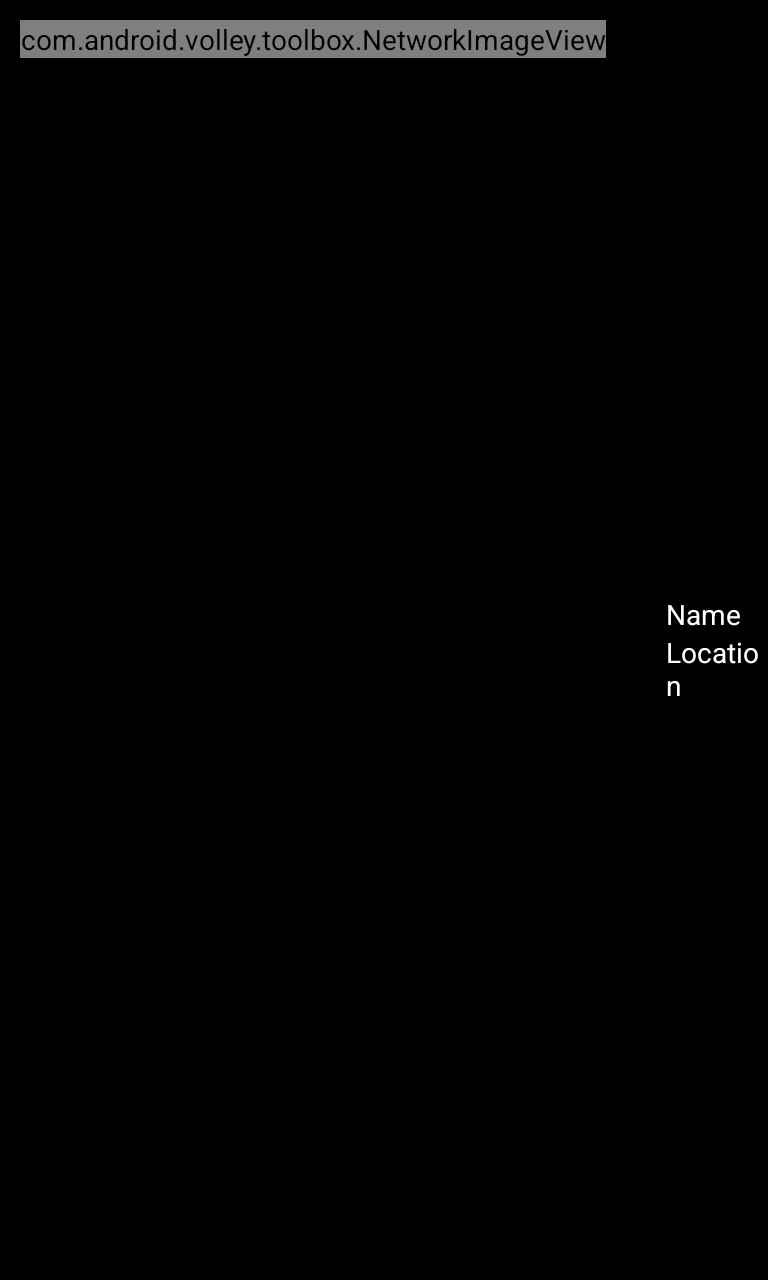
Repository: cnevinc/togather
Layout: GeorgeMe/res/layout/list_item_user.xml
These files come from the project's save history. The layout is drawn as it stood at one moment and after the next save; the edit follows.
Pictures or frames that could not be fetched are drawn as grey boxes. It is drawn on a 768 x 1280 px phone screen (xhdpi) without system bars, with theme android:Theme.Holo; the app's code is not run.

Above is the layout before, as saved 2014-07-26 14:56:36.

### GeorgeMe/res/layout/list_item_user.xml
<?xml version="1.0" encoding="utf-8"?>
<FrameLayout xmlns:android="http://schemas.android.com/apk/res/android"
    android:layout_width="fill_parent"
    android:layout_height="fill_parent" >

    <RelativeLayout
        android:id="@+id/back"
        android:layout_width="match_parent"
        android:layout_height="match_parent"
        android:tag="back" >

        <TextView
            android:id="@+id/user_invited"
            android:layout_width="wrap_content"
            android:layout_height="wrap_content"
            android:layout_centerInParent="true"
            android:text="Name"
            android:textSize="30sp"
            android:textColor="#ffffff" />
    </RelativeLayout>

    <RelativeLayout
        android:id="@+id/front"
        android:layout_width="match_parent"
        android:layout_height="match_parent"
        android:background="#000000"
        android:orientation="vertical"
        android:paddingBottom="10dp"
        android:tag="front" >

        <com.android.volley.toolbox.NetworkImageView
            xmlns:app="http://schemas.android.com/apk/res-auto"
            android:id="@+id/thumbail"
            android:layout_width="wrap_content"
            android:layout_height="wrap_content"
            android:layout_marginLeft="10dp"
            android:layout_marginTop="10dp"
            android:background="@drawable/ic_launcher" />

        <!-- android:layout_centerVertical="true" -->

        <RelativeLayout
            android:id="@+id/relativeLayout1"
            android:layout_width="wrap_content"
            android:layout_height="wrap_content"
            android:layout_centerInParent="true"
            android:layout_marginLeft="20dp"
            android:layout_toRightOf="@+id/thumbail"
            android:gravity="center" >

            <!-- android:layout_alignParentTop="true" -->

            <TextView
                android:id="@+id/title"
                android:layout_width="wrap_content"
                android:layout_height="wrap_content"
                android:layout_marginLeft="10dp"
                android:layout_marginTop="10dp"
                android:text="Name"
                android:textColor="#ffffff" />

            <TextView
                android:id="@+id/desc"
                android:layout_width="wrap_content"
                android:layout_height="wrap_content"
                android:layout_below="@+id/title"
                android:layout_marginLeft="10dp"
                android:text="Location"
                android:textColor="#ffffff" />
        </RelativeLayout>
    </RelativeLayout>

</FrameLayout>

After the next save:
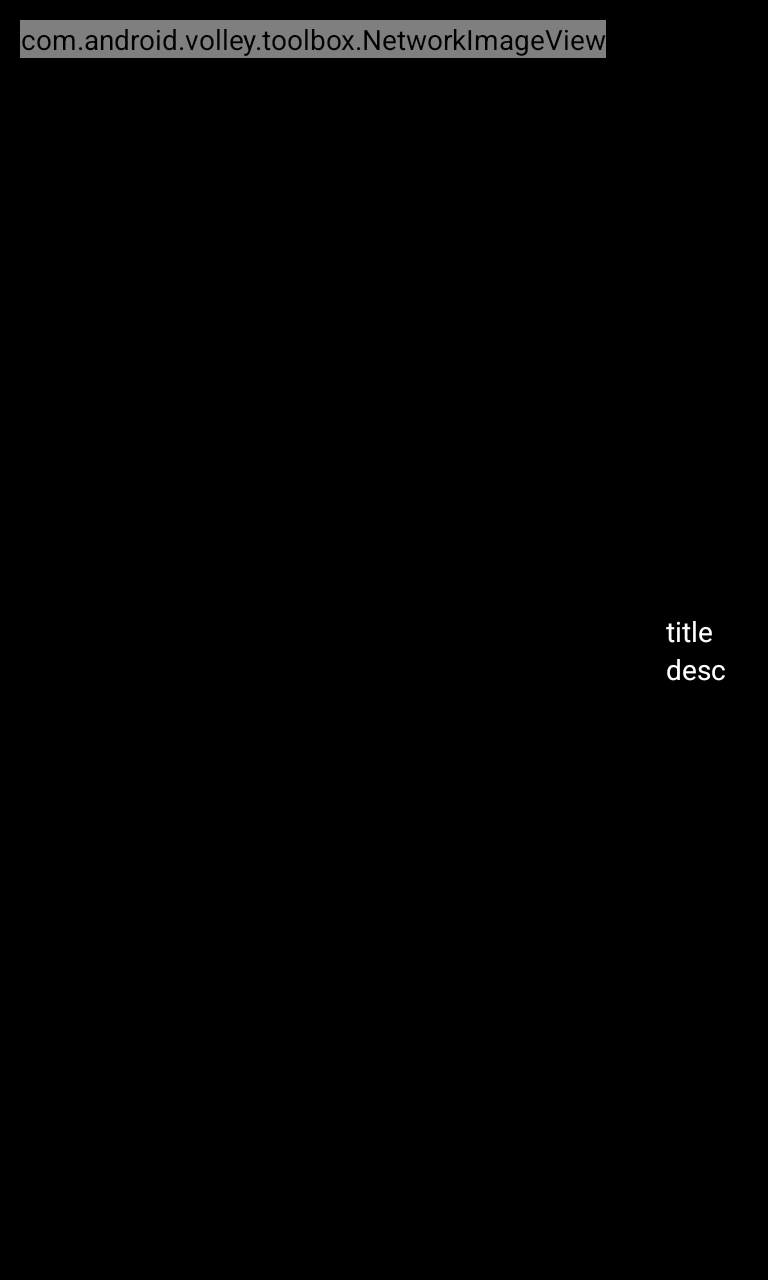
Saved 9 s later.
--- a/GeorgeMe/res/layout/list_item_user.xml
+++ b/GeorgeMe/res/layout/list_item_user.xml
@@ -56,7 +56,7 @@
                 android:layout_height="wrap_content"
                 android:layout_marginLeft="10dp"
                 android:layout_marginTop="10dp"
-                android:text="Name"
+                android:text="title"
                 android:textColor="#ffffff" />
 
             <TextView
@@ -65,7 +65,7 @@
                 android:layout_height="wrap_content"
                 android:layout_below="@+id/title"
                 android:layout_marginLeft="10dp"
-                android:text="Location"
+                android:text="desc"
                 android:textColor="#ffffff" />
         </RelativeLayout>
     </RelativeLayout>
